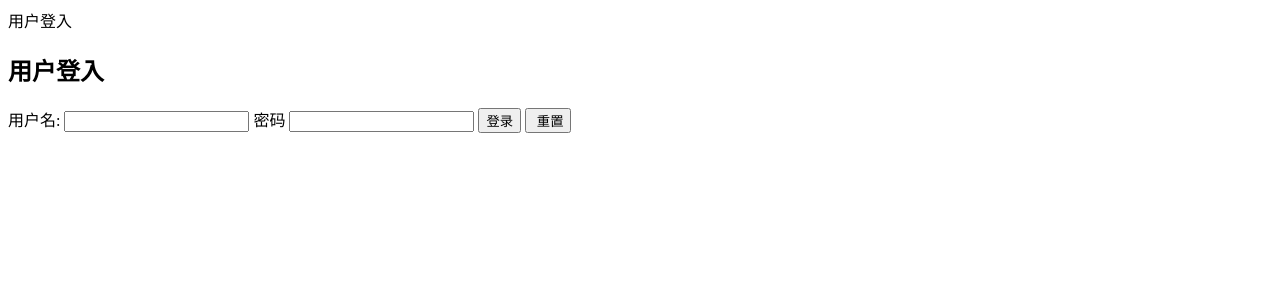
Repository: wikelgc/JSP
Page: http://localhost/chapter_four/
The author's editor kept a copy of each file at every save. The page is drawn from the files as they stood at one save, then again after the next save.
The browser window is 1280 px wide. The pictures show the whole page.
The page is served by Tomcat 9. Other server files are loaded and not shown.

Above is the page before, as saved 2015-05-28 13:55:19.

### chapter_four/WebRoot/index.jsp
<%@page contentType="text/html; charset=UTF-8" language="java"%>
<html>
	<head>
	 	用户登入
	</head>
	<body>
		<form action=" doLogon.jsp">
			<h2>用户登入</h2>
			用户名:
			<input type = "text" name = "userName">
			密码
			<input type = "password" name = "userPass">

			<input type = "submit" value="登录">
			<input type = "reset" value=" 重置">
		</form>
	</body>
</html>

After the next save:
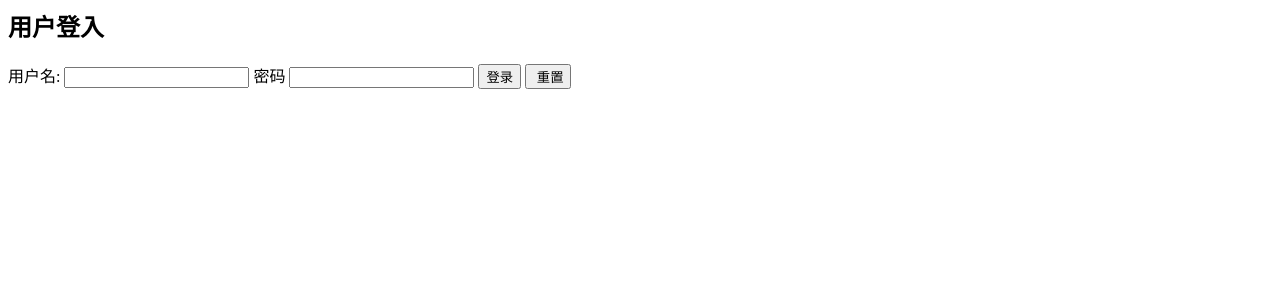
Saved 64 s later.
--- a/chapter_four/WebRoot/index.jsp
+++ b/chapter_four/WebRoot/index.jsp
@@ -1,11 +1,10 @@
 <%@page contentType="text/html; charset=UTF-8" language="java"%>
 <html>
 	<head>
-	 	用户登入
+	 	<h2>用户登入</h2>
 	</head>
 	<body>
 		<form action=" doLogon.jsp">
-			<h2>用户登入</h2>
 			用户名:
 			<input type = "text" name = "userName">
 			密码
